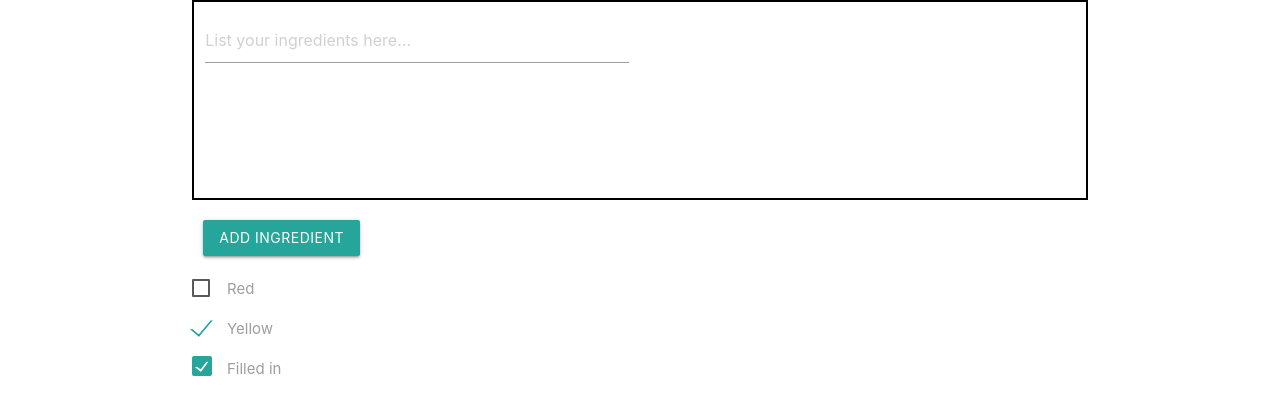
Repository: Aaron-R-Carter/Project1
Page: prototype.html
These files come from the project's save history. The page is drawn as it stood at one moment and after the next save; the edit follows.
The browser window is 1280 px wide. The pictures show the whole page.

Above is the page before, as saved 2019-10-31 22:41:40.
Console error: SyntaxError: Unexpected token '<'

After the next save:
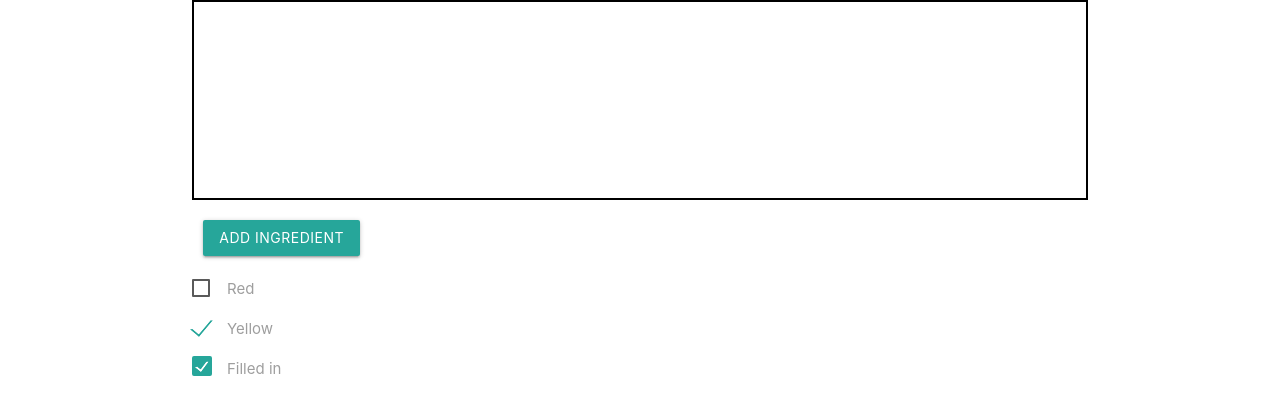
Saved 62 s later.
--- a/prototype.html
+++ b/prototype.html
@@ -17,10 +17,7 @@
     <div class="container">
         <div id="form-page" class="row">
 
-            <div class="input-field col s6">
-                <input placeholder="List your ingredients here..." id="ingredients" type="text" class="validate">
 
-            </div>
 
         </div>
             <form id="ingredient-add-btn" class="row">
